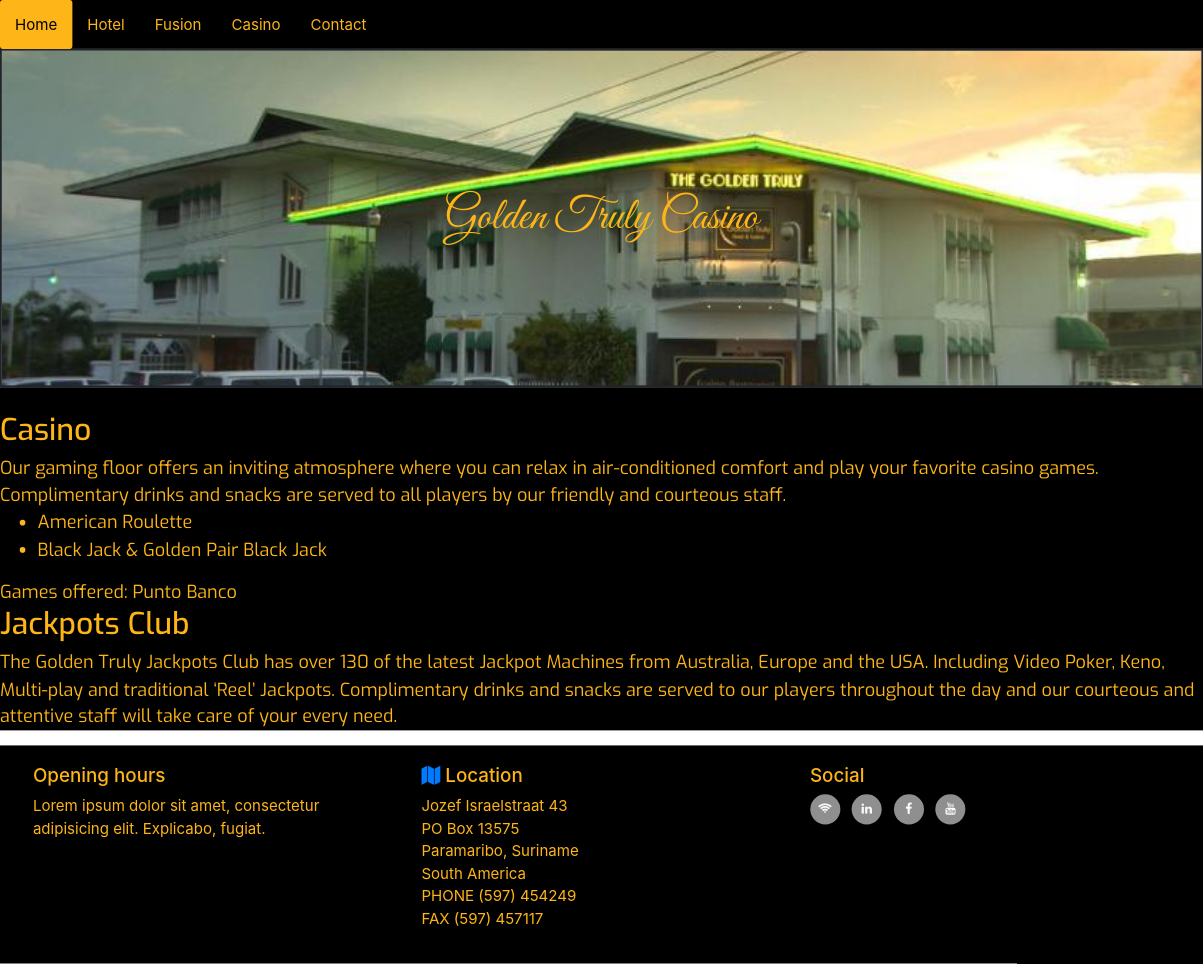
Repository: Code-Institute-Submissions/anthonycaf-Milestone1
Page: casino.html
The author's editor kept a record of every edit. The page is drawn from the files as they stood at one moment, then again after the next edit.
The browser window is 1280 px wide. The pictures show the whole page, at 94% of full size.

Above is the page before.

After the next edit:
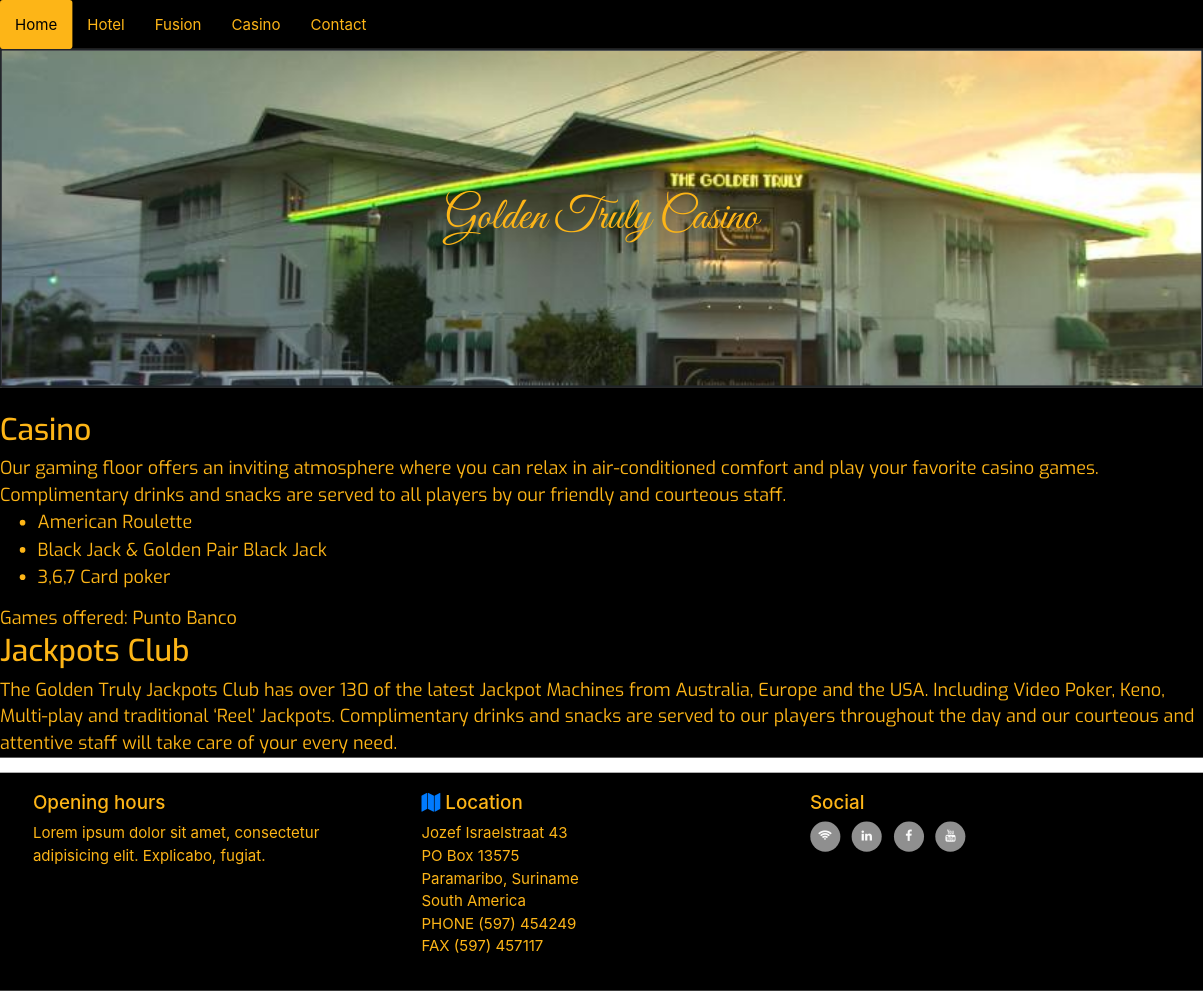
The edit:
--- a/casino.html
+++ b/casino.html
@@ -38,6 +38,7 @@
  <ul>
       <li>American Roulette</li>
       <li>Black Jack & Golden Pair Black Jack</li>
+      <li>3,6,7 Card poker</li>
  </ul>
     Games offered:
 
